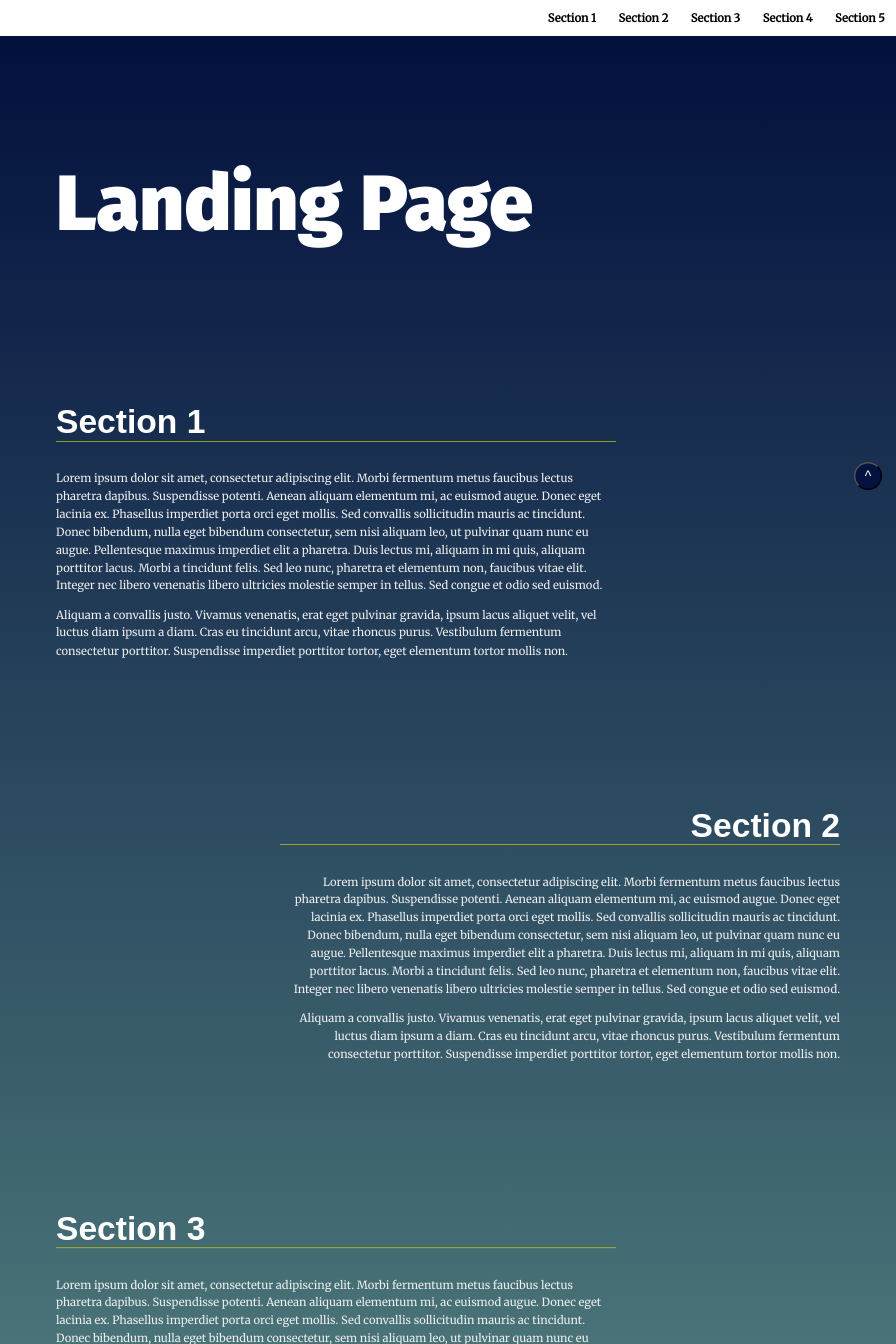
Repository: HadelAbdellatif/Landing_Page_Udacity_Project_2
Page: index.html
These files come from the project's save history. The page is drawn as it stood at one moment and after the next save; the edit follows.
The browser window is 1280 px wide. The pictures show the part of the page from y = 0 to 1920 px (the page is 3577 px tall), at 70% of full size.

Above is the page before, as saved 2024-07-01 10:20:09.

### index.html
<!DOCTYPE >
<html lang="en">
<head>
  <meta charset="UTF-8">
  <meta name="viewport" content="width=device-width, initial-scale=1.0">
  <meta http-equiv="X-UA-Compatible" content="ie=edge">
  <title>Manipulating the DOM</title>
  <!-- Load Google Fonts -->
  <link href="https://fonts.googleapis.com/css?family=Fira+Sans:900|Merriweather&display=swap" rel="stylesheet">
  <!-- Load Styles -->
  <link href="css/styles.css" rel="stylesheet">
</head>
<body>
  <!-- HTML Follows BEM naming conventions
  IDs are only used for sections to connect menu achors to sections -->
  <header class="page__header">
    <nav class="navbar__menu">
      <!-- Navigation starts as empty UL that will be populated with JS -->
      <ul id="navbar__list">

      </ul>
    </nav>
  </header>
  <main>
    <header class="main__hero" id="main__hero">
      <h1>Landing Page </h1>
    </header>
    <!-- Each Section has an ID (used for the anchor) and
    a data attribute that will populate the li node.
    Adding more sections will automatically populate nav.
    The first section is set to active class by default -->
    <section id="section1" data-nav="Section 1" class="isActive">
      <div class="landing__container">
        <h2>Section 1</h2>
        <p>Lorem ipsum dolor sit amet, consectetur adipiscing elit. Morbi fermentum metus faucibus lectus pharetra dapibus. Suspendisse potenti. Aenean aliquam elementum mi, ac euismod augue. Donec eget lacinia ex. Phasellus imperdiet porta orci eget mollis. Sed convallis sollicitudin mauris ac tincidunt. Donec bibendum, nulla eget bibendum consectetur, sem nisi aliquam leo, ut pulvinar quam nunc eu augue. Pellentesque maximus imperdiet elit a pharetra. Duis lectus mi, aliquam in mi quis, aliquam porttitor lacus. Morbi a tincidunt felis. Sed leo nunc, pharetra et elementum non, faucibus vitae elit. Integer nec libero venenatis libero ultricies molestie semper in tellus. Sed congue et odio sed euismod.</p>

        <p>Aliquam a convallis justo. Vivamus venenatis, erat eget pulvinar gravida, ipsum lacus aliquet velit, vel luctus diam ipsum a diam. Cras eu tincidunt arcu, vitae rhoncus purus. Vestibulum fermentum consectetur porttitor. Suspendisse imperdiet porttitor tortor, eget elementum tortor mollis non.</p>
      </div>
    </section>
    <section id="section2" data-nav="Section 2">
      <div class="landing__container">
        <h2>Section 2</h2>
        <p>Lorem ipsum dolor sit amet, consectetur adipiscing elit. Morbi fermentum metus faucibus lectus pharetra dapibus. Suspendisse potenti. Aenean aliquam elementum mi, ac euismod augue. Donec eget lacinia ex. Phasellus imperdiet porta orci eget mollis. Sed convallis sollicitudin mauris ac tincidunt. Donec bibendum, nulla eget bibendum consectetur, sem nisi aliquam leo, ut pulvinar quam nunc eu augue. Pellentesque maximus imperdiet elit a pharetra. Duis lectus mi, aliquam in mi quis, aliquam porttitor lacus. Morbi a tincidunt felis. Sed leo nunc, pharetra et elementum non, faucibus vitae elit. Integer nec libero venenatis libero ultricies molestie semper in tellus. Sed congue et odio sed euismod.</p>

        <p>Aliquam a convallis justo. Vivamus venenatis, erat eget pulvinar gravida, ipsum lacus aliquet velit, vel luctus diam ipsum a diam. Cras eu tincidunt arcu, vitae rhoncus purus. Vestibulum fermentum consectetur porttitor. Suspendisse imperdiet porttitor tortor, eget elementum tortor mollis non.</p>
      </div>
    </section>
    <section id="section3" data-nav="Section 3">
      <div class="landing__container">
        <h2>Section 3</h2>
        <p>Lorem ipsum dolor sit amet, consectetur adipiscing elit. Morbi fermentum metus faucibus lectus pharetra dapibus. Suspendisse potenti. Aenean aliquam elementum mi, ac euismod augue. Donec eget lacinia ex. Phasellus imperdiet porta orci eget mollis. Sed convallis sollicitudin mauris ac tincidunt. Donec bibendum, nulla eget bibendum consectetur, sem nisi aliquam leo, ut pulvinar quam nunc eu augue. Pellentesque maximus imperdiet elit a pharetra. Duis lectus mi, aliquam in mi quis, aliquam porttitor lacus. Morbi a tincidunt felis. Sed leo nunc, pharetra et elementum non, faucibus vitae elit. Integer nec libero venenatis libero ultricies molestie semper in tellus. Sed congue et odio sed euismod.</p>

        <p>Aliquam a convallis justo. Vivamus venenatis, erat eget pulvinar gravida, ipsum lacus aliquet velit, vel luctus diam ipsum a diam. Cras eu tincidunt arcu, vitae rhoncus purus. Vestibulum fermentum consectetur porttitor. Suspendisse imperdiet porttitor tortor, eget elementum tortor mollis non.</p>
      </div>
    </section>
    <section id="section4" data-nav="Section 4">
      <div class="landing__container">
        <h2>Section 4</h2>
        <p>Lorem ipsum dolor sit amet, consectetur adipiscing elit. Morbi fermentum metus faucibus lectus pharetra dapibus. Suspendisse potenti. Aenean aliquam elementum mi, ac euismod augue. Donec eget lacinia ex. Phasellus imperdiet porta orci eget mollis. Sed convallis sollicitudin mauris ac tincidunt. Donec bibendum, nulla eget bibendum consectetur, sem nisi aliquam leo, ut pulvinar quam nunc eu augue. Pellentesque maximus imperdiet elit a pharetra. Duis lectus mi, aliquam in mi quis, aliquam porttitor lacus. Morbi a tincidunt felis. Sed leo nunc, pharetra et elementum non, faucibus vitae elit. Integer nec libero venenatis libero ultricies molestie semper in tellus. Sed congue et odio sed euismod.</p>

        <p>Aliquam a convallis justo. Vivamus venenatis, erat eget pulvinar gravida, ipsum lacus aliquet velit, vel luctus diam ipsum a diam. Cras eu tincidunt arcu, vitae rhoncus purus. Vestibulum fermentum consectetur porttitor. Suspendisse imperdiet porttitor tortor, eget elementum tortor mollis non.</p>
      </div>
    </section>
    <section id="section5" data-nav="Section 5">
      <div class="landing__container">
        <h2>Section 5</h2>
        <p>Lorem ipsum dolor sit amet, consectetur adipiscing elit. Morbi fermentum metus faucibus lectus pharetra dapibus. Suspendisse potenti. Aenean aliquam elementum mi, ac euismod augue. Donec eget lacinia ex. Phasellus imperdiet porta orci eget mollis. Sed convallis sollicitudin mauris ac tincidunt. Donec bibendum, nulla eget bibendum consectetur, sem nisi aliquam leo, ut pulvinar quam nunc eu augue. Pellentesque maximus imperdiet elit a pharetra. Duis lectus mi, aliquam in mi quis, aliquam porttitor lacus. Morbi a tincidunt felis. Sed leo nunc, pharetra et elementum non, faucibus vitae elit. Integer nec libero venenatis libero ultricies molestie semper in tellus. Sed congue et odio sed euismod.</p>

        <p>Aliquam a convallis justo. Vivamus venenatis, erat eget pulvinar gravida, ipsum lacus aliquet velit, vel luctus diam ipsum a diam. Cras eu tincidunt arcu, vitae rhoncus purus. Vestibulum fermentum consectetur porttitor. Suspendisse imperdiet porttitor tortor, eget elementum tortor mollis non.</p>
      </div>
    </section>
    <button class="button">
      <a href="#main__hero">^</a>
    </button>
  </main>
  <footer class="page__footer">
    <p>&copy Udacity</p>
  </footer>

  <script src="./js/app.js"></script>
</body>
</html>

### css/styles.css
/*
 *
 * CSS written based on SMACSS architecture.
 * To learn more, visit: http://smacss.com/
 *
 * For simplicity, no reset or normalize is added.
 * To learn more, visit: https://css-tricks.com/reboot-resets-reasoning/
 *
*/


/* ---- Base Rules ---- */
body {
    background: rgb(136,203,171);
    background: linear-gradient(0deg, rgba(136,203,171,1) 0%, rgba(0,13,60,1) 100%);
    margin: 0;
    font-family: 'Merriweather', serif;
    color: #fff;
}


/* Typeography General*/
h1 {
    font-family: 'Fira Sans', sans-serif;
    font-size: 3em;
    margin: 2em 1rem;
}

@media only screen and (min-width: 35em){
    h1 {
        font-size: 7em;
        margin: 2em 4rem 1em;
    }
}

h2 {
    border-bottom: 1px solid #cc1;
    font-family: 'Oxygen', Sans-Serif;
    font-size: 3em;
    color: #fff;
}

p {
    line-height: 1.6em;
    color: #eee;
}

/* ---- Layout Rules ---- */
main {
    margin: 10vh 1em 10vh;
}

.main-hero {
    min-height: 40vh;
    padding-top: 3em;
}

section {
    position: relative;
    min-height: 80vh;
}


/* ---- Module Rules ---- */

/* Navigation Styles*/
.navbar__menu ul {
    padding-left: 0;
    margin: 0;
    text-align: right;
}

.navbar__menu li {
    display: inline-block !important;
}

.navbar__menu .menu__link {
    display: block;
    padding: 1em;
    font-weight: bold;
    text-decoration: none;
    color: #000;
}

.navbar__menu .menu__link:hover {
    background: #333;
    color: #fff;
    transition: ease 0.3s all;
}

.navbar__menu .scroll_menu_link {
    color: #fff !important;
}

.navbar__menu .scroll_menu_link:hover {
    background: #55837D !important;
    color: #fff !important;
    transition: ease 0.3s all;
}

.navbar__menu li .active {
    text-decoration: underline !important;
}

@media only screen and (max-width: 35em){
    .navbar__menu ul {
        font-size: 12px;
    }
}

/* Header Styles */
.page__header {
    background: #fff;
    position: fixed;
    top: 0;
    width: 100%;
    z-index: 5;
}

/* Back button style */
.button {
    background-color: #03123F;
    border-radius: 50%;
    width: 40px;
    height: 40px;
    position: fixed;
    right: 20px;
    bottom: 20px;
}

.button a {
    color: #fff;
    font-size: 20px;
    text-decoration: none;
}

/* Footer Styles */
.page__footer {
    background: #000;
    padding: 3em;
    color: #fff;
}

.page__footer p{
    color: #fff;
}


/* ---- Theme Rules ---- */
/* Landing Container Styles */
.landing__container {
    padding: 1em;
    text-align: left;
}

@media only screen and (min-width: 35em){
    .landing__container {
        max-width: 50em;
        padding: 4em;
    }
}

section:nth-of-type(even) .landing__container {
    margin-right: 0;
    margin-left: auto;
    text-align: right;
}

/* Background Circles */
/* Note that background circles are created with psuedo elements before and after */
/* Circles appear to be random do to use of :nth-of-type psuedo class */
section:nth-of-type(odd) .landing__container::before {
    content: '';
    background: rgba(255, 255, 255, 0.187);
    position: absolute;
    z-index: -5;
    width: 20vh;
    height: 20vh;
    border-radius: 50%;
    opacity: 0;
    transition: ease 0.5s all;
}

section:nth-of-type(even) .landing__container::before {
    content: '';
    background: rgb(255,255,255);
    background: linear-gradient(0deg, rgba(255,255,255,.1) 0%, rgba(255,255,255,.2) 100%);
    position: absolute;
    top: 3em;
    right: 3em;
    z-index: -5;
    width: 10vh;
    height: 10vh;
    border-radius: 50%;
    opacity: 0;
    transition: ease 0.5s all;
}

section:nth-of-type(3n) .landing__container::after {
    content: '';
    background: rgb(255,255,255);
    background: linear-gradient(0deg, rgba(255,255,255,.1) 0%, rgba(255,255,255,.2) 100%);
    position: absolute;
    right: 0;
    bottom: 0;
    z-index: -5;
    width: 10vh;
    height: 10vh;
    border-radius: 50%;
    opacity: 0;
    transition: ease 0.5s all;
}

section:nth-of-type(3n + 1) .landing__container::after {
    content: '';
    background: rgb(255,255,255);
    background: linear-gradient(0deg, rgba(255,255,255,.1) 0%, rgba(255,255,255,.2) 100%);
    position: absolute;
    right: 20vw;
    bottom: -5em;
    z-index: -5;
    width: 15vh;
    height: 15vh;
    border-radius: 50%;
    opacity: 0;
    transition: ease 0.5s all;
}


/* ---- Theme State Rules ---- */
/* Section Active Styles */
/* Note: your-active-class class is applied through javascript. You should update the class here and in the index.html to what you set in your javascript file.  */
section.isActive {
    background: rgb(0, 0, 0);
    background: linear-gradient(0deg, rgba(0, 0, 0, 0.1) 0%, rgba(0, 0, 0, 0) 100%);
}

section.isActive .landing__container::before {
    opacity: 1;
    animation: rotate 4s linear 0s infinite forwards;
}

section.isActive .landing__container::after {
    opacity: 1;
    animation: rotate 5s linear 0s infinite forwards reverse;
}

/* Section Active Styles Keyframe Animations */
@keyframes rotate {
	from {
		transform: rotate(0deg)
		           translate(-1em)
		           rotate(0deg);
	}
	to {
		transform: rotate(360deg)
		           translate(-1em)
		           rotate(-360deg);
	}
}

### js/app.js
/**
 *
 * Manipulating the DOM exercise.
 * Exercise programmatically builds navigation,
 * scrolls to anchors from navigation,
 * and highlights section in viewport upon scrolling.
 *
 * Dependencies: None
 *
 * JS Version: ES2015/ES6
 *
 * JS Standard: ESlint
 *
*/

/**
 * Comments should be present at the beginning of each procedure and class.
 * Great to have comments before crucial code sections within the procedure.
*/

/**
 * Define Global Variables
 *
*/

const listDomFragment = document.createDocumentFragment();
const sectionsNames = document.querySelectorAll('section');
const navMenu = document.querySelector('.navbar__menu')
const listItem = document.getElementById('navbar__list');
const activeNav = document.getElementsByClassName('isActive');
const buttonBack = document.querySelector('button');
const navbarItems = [];
let scrollTimeout;

/**
 * End Global Variables
 * Start Helper Functions
 *
*/

// Function to change the css style for navbar when scroll

function changeNavbarDesign() {
    const items = document.querySelectorAll('li');
    const scrollPosition = window.scrollY;
    if(scrollPosition > 380) {
        navMenu.style.background = '#03123F';
        for(let i = 0 ; i < items.length ; i++) {
            items[i].classList.add('scroll_menu_link');
        }
    }
    else {
        navMenu.style.background = '#fff';
        for(let i = 0 ; i < items.length ; i++){
            items[i].classList.remove('scroll_menu_link');
        }
    }
}

// Function that hide the navbar

function hideNavbar() {
    navMenu.style.display = 'none';
}

// Function that show the navbar using setTimeout

function showNavbar() {
    navMenu.style.display = 'block';
    clearTimeout(scrollTimeout);
    scrollTimeout = setTimeout(hideNavbar, 3000);
}

// Function to go to the top

function goToTop(event) {
    event.preventDefault();
    window.scrollTo({ top: 0, behavior: 'smooth' });
}

/**
 * End Helper Functions
 * Begin Main Functions
 *
*/

// build the nav

for(let i = 0 ; i < sectionsNames.length ; i++) {
    const liElement = document.createElement('li');
    liElement.innerHTML = sectionsNames[i].getAttribute('data-Nav');
    liElement.classList.add('menu__link');
    listDomFragment.appendChild(liElement);
    navbarItems.push(liElement);
}

listItem.appendChild(listDomFragment);

// Add class 'active' to section when near top of viewport

function makeActive() {
    for(let section of sectionsNames) {
        const box = section.getBoundingClientRect();
        if (box.top <= 60 && box.bottom >= 60) {
            section.classList.add('isActive');
        }
        else {
            section.classList.remove('isActive');
        }
    }
}

// Scroll to anchor ID using scrollIntoView event

function handleIsActiveState(event) {
    event.preventDefault();
    const { target } = event;
    for(let i = 0 ; i < sectionsNames.length ; i++) {
        if(target.textContent === sectionsNames[i].getAttribute('data-Nav')) {
            sectionsNames[i].classList.add('isActive');
            sectionsNames[i].scrollIntoView({ behavior: 'smooth' });
        }
        else {
            sectionsNames[i].classList.remove('isActive');
        }
    }
}

/**
 * End Main Functions
 * Begin Events
 *
*/

// Build menu

listItem.addEventListener('click', handleIsActiveState);

// Scroll to section on link click

document.addEventListener('scroll', () => {
    makeActive();
    changeNavbarDesign();
    showNavbar();
});

// Scroll to top on click on back button
buttonBack.addEventListener('click', goToTop);

After the next save:
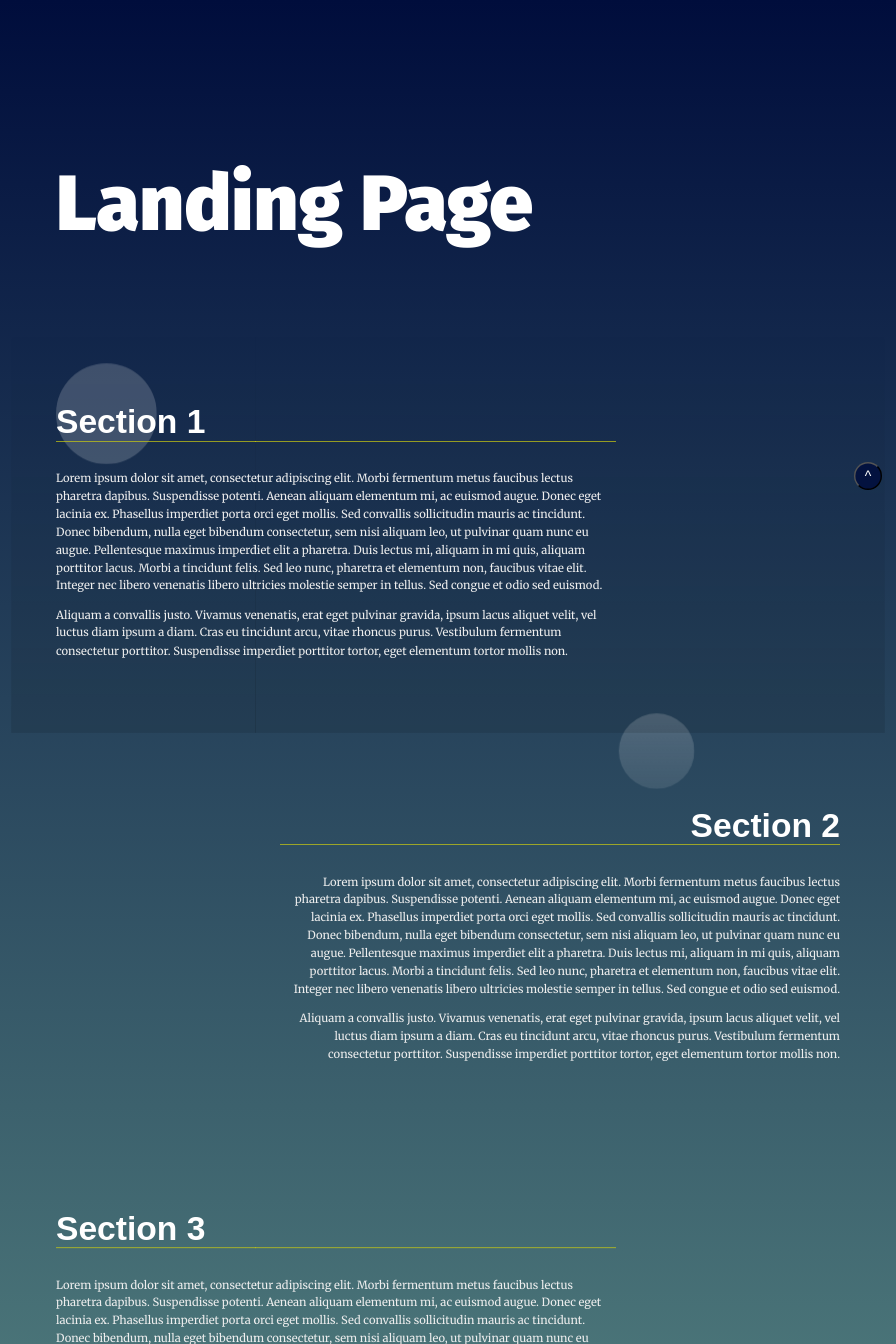
Console error: SyntaxError: missing ) after argument list
Saved 43 s later.
--- a/js/app.js
+++ b/js/app.js
@@ -99,7 +99,7 @@ listItem.appendChild(listDomFragment);
 // Add class 'active' to section when near top of viewport
 
 function makeActive() {
-    for(let section of sectionsNames) {
+    sectionsNames.forEach((section, index) => {
         const box = section.getBoundingClientRect();
         if (box.top <= 60 && box.bottom >= 60) {
             section.classList.add('isActive');

After the save that followed:
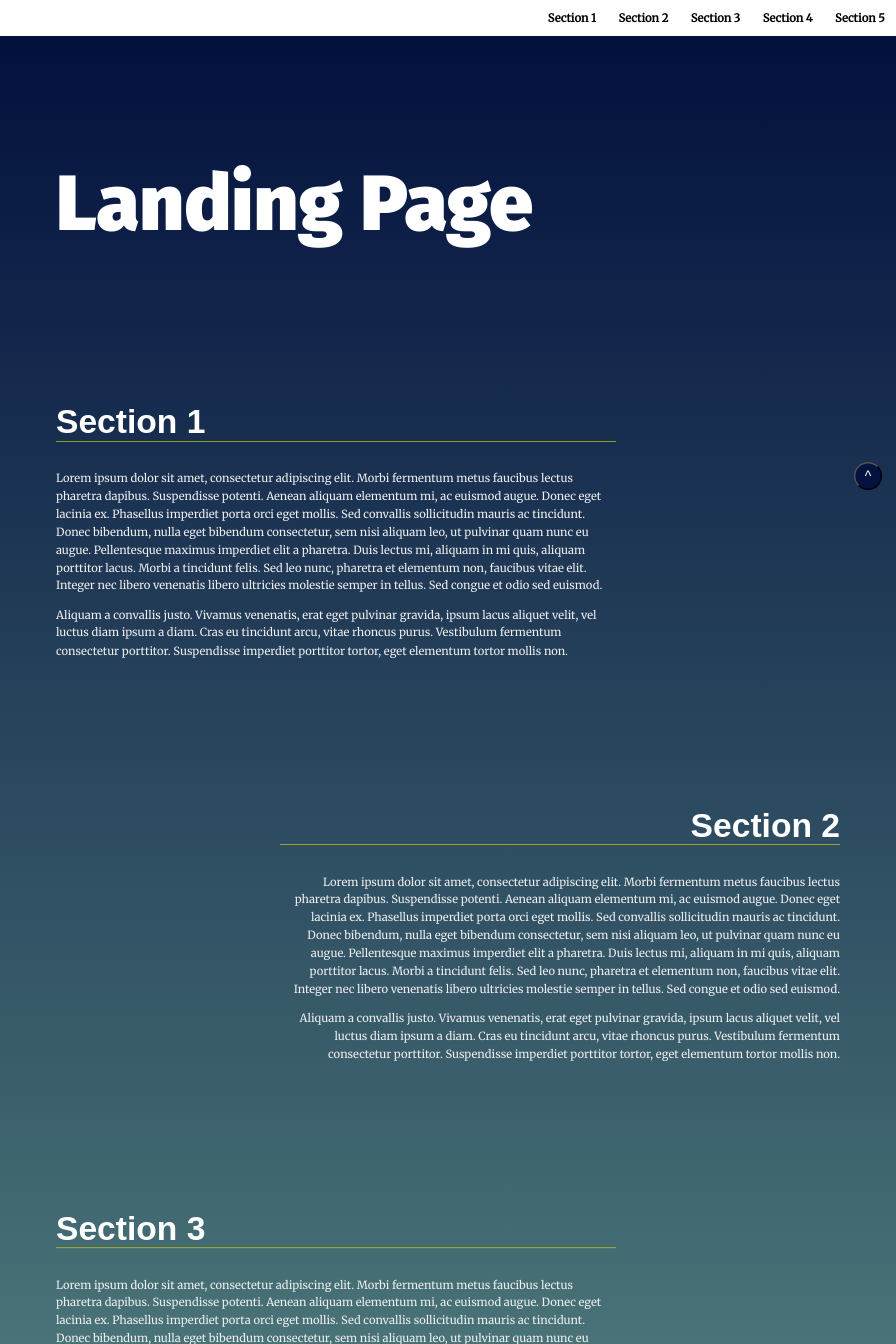
The error is gone.
Saved 4 s later.
--- a/js/app.js
+++ b/js/app.js
@@ -107,7 +107,7 @@ function makeActive() {
         else {
             section.classList.remove('isActive');
         }
-    }
+    })
 }
 
 // Scroll to anchor ID using scrollIntoView event
